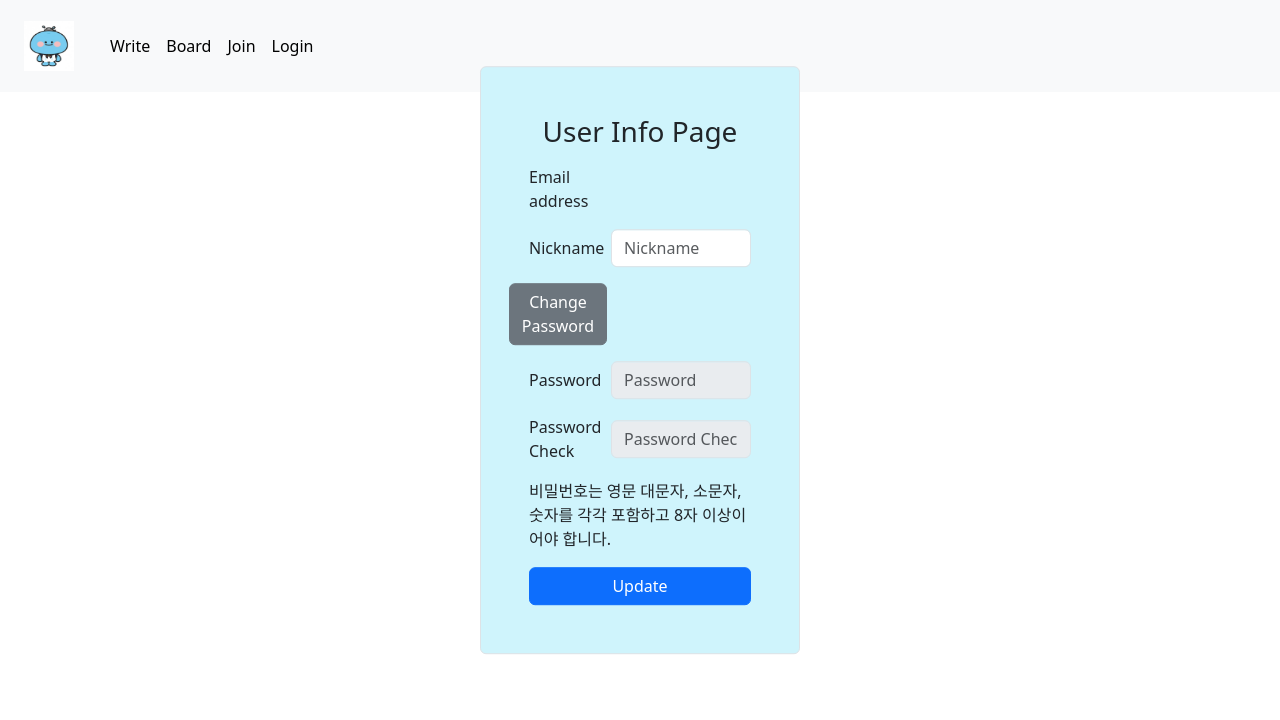
Repository: LeeYouHyeon/6.Spring
Page: http://localhost/spring_project/WEB-INF/views/user/info.jsp
The author's editor kept a copy of each file at every save. The page is drawn from the files as they stood at one save, then again after the next save.
The browser window is 1280 px wide. The pictures show the whole page.
The page is served by Tomcat 9. Nobody is signed in. Other server files are loaded and not shown. The template is opened directly, without the code that normally fills it, so the values that code supplies are empty.

Above is the page before, as saved 2025-06-11 05:05:13.
Console error: TypeError: Cannot read properties of null (reading 'addEventListener')

### spring_project/src/main/webapp/WEB-INF/views/user/info.jsp
<%@ page language="java" contentType="text/html; charset=UTF-8" pageEncoding="UTF-8"%>
<%@ include file="../layout/header.jsp"%>

<div class="w-25 position-absolute top-50 start-50 translate-middle p-5 border rounded bg-info-subtle">
	<sec:authentication property="principal" var="pri" />
	<form action="/user/update" method="post" id="updateForm">
		<h3 class="text-center mb-3">User Info Page</h3>
		<div class="mb-3 row align-items-center">
			<div class="col-4">Email address</div>
			<div class="col-8">
				<input type="hidden"
					class="form-control"
					id="email"
					name="email"
					placeholder="name@example.com"
					value="${pri.uvo.email}">
				${pri.uvo.email}
			</div>
		</div>

		<div class="mb-3 row align-items-center">
			<div class="col-4">Nickname</div>
			<div class="col-8">
				<input type="text"
					class="form-control"
					id="nickName"
					name="nickName"
					placeholder="Nickname"
					value="${pri.uvo.nickName}">
			</div>
		</div>

		<div class="mb-3 row justify-content-center align-items-center">
			<div class="col-4 d-flex justify-content-center">
				<button type="button"
					id="pwdChangeBtn"
					class="btn btn-secondary">Change Password</button>
			</div>
			<div class="col-8" id="pwdCheckArea"></div>
		</div>

		<div class="mb-3 row align-items-center">
			<div class="col-4">Password</div>
			<div class="col-8">
				<input type="password"
					class="form-control"
					id="pwd"
					name="pwd"
					placeholder="Password"
					disabled>
			</div>
		</div>

		<div class="mb-3 row align-items-center">
			<div class="col-4" id="pwdCheckArea">Password Check</div>
			<div class="col-8">
				<input type="password"
					class="form-control"
					id="pwdCheck"
					placeholder="Password Check"
					disabled>
			</div>
		</div>

		<div class="mb-3">비밀번호는 영문 대문자, 소문자, 숫자를 각각 포함하고 8자 이상이어야 합니다.</div>

		<button type="button" class="btn btn-primary w-100" id="updateBtn">Update</button>
	</form>

	<script type="text/javascript" src="/resources/js/userInfo.js"></script>
</div>
<%@ include file="../layout/footer.jsp"%>

### spring_project/src/main/webapp/WEB-INF/views/layout/header.jsp
<%@ page language="java" contentType="text/html; charset=UTF-8" pageEncoding="UTF-8"%>
<%@ taglib uri="http://java.sun.com/jsp/jstl/core" prefix="c" %>
<%@ taglib uri="http://www.springframework.org/security/tags" prefix="sec" %>
<!DOCTYPE html>
<html>
<head>
<meta charset="UTF-8">
<title>Spring Project</title>
<link rel="stylesheet" href="/resources/dist/css/bootstrap.min.css">
<script type="text/javascript" src="/resources/dist/js/bootstrap.bundle.min.js"></script>
</head>
<body>
	<nav class="navbar navbar-expand-lg bg-body-tertiary">
		<div class="container-fluid">
			<nav class="navbar bg-body-tertiary">
				<div class="container">
					<a class="navbar-brand" href="/">
						<img src="/resources/image/logo.jpg" alt="Bootstrap" width="50" height="50">
					</a>
				</div>
			</nav>
			<button class="navbar-toggler"
				type="button"
				data-bs-toggle="collapse"
				data-bs-target="#navbarSupportedContent"
				aria-controls="navbarSupportedContent"
				aria-expanded="false"
				aria-label="Toggle navigation">
				<span class="navbar-toggler-icon"></span>
			</button>
			<div class="collapse navbar-collapse" id="navbarSupportedContent">
				<ul class="navbar-nav me-auto mb-2 mb-lg-0">
					<li class="nav-item">
						<a class="nav-link active" aria-current="page" href="/board/register">Write</a>
					</li>
					<li class="nav-item">
						<a class="nav-link active" aria-current="page" href="/board/list">Board</a>
					</li>
					<sec:authorize access="isAnonymous()">
						<li class="nav-item">
							<a class="nav-link active" aria-current="page" href="/user/register">Join</a>
						</li>
						<li class="nav-item">
							<a class="nav-link active" aria-current="page" href="/user/login">Login</a>
						</li>
					</sec:authorize>
					<sec:authorize access="isAuthenticated()">
						<!-- 인증객체가 만들어진 상태(로그인) -->
						<!-- 인증 객체를 가져오기 => 현재 로그인 정보 : property="principal" -->
						<sec:authentication property="principal" var="pri"/>
						<li class="nav-item">
							<form action="/user/logout" method="post" id="logoutForm">
								<a class="nav-link active" aria-current="page" id="logoutLink">Logout</a>
							</form>
						</li>
						<li class="nav-item">
							<a class="nav-link active" aria-current="page" href="/user/info">UserInfo</a>
						</li>
						<c:if test="${pri.uvo.authList.stream().anyMatch(a -> a.auth.equals('ROLE_ADMIN')).get()}">
						<li class="nav-item">
							<a class="nav-link active" aria-current="page" href="/user/list">UserList</a>
						</li>
						</c:if>
					</sec:authorize>
				</ul>
			</div>
		</div>
	</nav>

	<script type="text/javascript">
		document.getElementById('logoutLink').addEventListener('click', e => {
			  e.preventDefault();
			  document.getElementById('logoutForm').submit();
		});
	</script>

### spring_project/src/main/webapp/WEB-INF/views/layout/footer.jsp
<%@ page language="java" contentType="text/html; charset=UTF-8"
	pageEncoding="UTF-8"%>

<div class="text-center">2025 Spring Project... by 이유현</div>
</body>
</html>

### spring_project/src/main/webapp/resources/js/userInfo.js
/**
 *
 */

const email = document.getElementById('email').value;
const [nickName, pwdChangeBtn, pwd, pwdCheck, pwdCheckArea, updateBtn, leaveBtn] = ["nickName", "pwdChangeBtn", "pwd", "pwdCheck", "pwdCheckArea",  "updateBtn", "leaveBtn"].map(e => document.getElementById(e));

let changePwd = false;
let newPwdResult = undefined;
pwdChangeBtn.addEventListener('click', () => {
  changePwd = !changePwd;

  if (changePwd) {
    pwd.disabled = false;
    pwdCheck.disabled = false;
    passCheck();
  } else {
    pwd.disabled = true;
    pwdCheck.disabled = true;
    pwdCheckArea.innerText = '';
    newPwdResult = undefined;
  }
});

pwd.onchange = passCheck;
pwdCheck.onchange = passCheck;

function passCheck() {
  const [pwdValue, pwdCheckValue] = [pwd, pwdCheck].map(e => e.value);

  if (pwdValue == '' && pwdCheckValue == '') {
    pwdCheckArea.innerText = 'Enter new password.';
    pwdCheckArea.style.color = 'black';
    return;
  }

  if (pwdValue.length < 8 || !/[a-z]/.test(pwdValue) || !/[A-Z]/.test(pwdValue) || !/[0-9]/.test(pwdValue)) {
    newPwdResult = false;
    pwdCheckArea.innerText = 'Invalid Password';
  } else if (pwdValue != pwdCheckValue) {
    newPwdResult = false;
    pwdCheckArea.innerText = 'Password Match Failed';
  } else {
    newPwdResult = true;
    pwdCheckArea.innerText = 'Valid Password';
  }

  pwdCheckArea.style.color = newPwdResult ? 'green' : 'red';
}

updateBtn.addEventListener('click', () => {
  if (nickName.value == '') nickName.focus();
  else if (changePwd && (newPwdResult != true)) pwd.focus();
  else document.getElementById('updateForm').submit();
});

leaveBtn.onclick = () => {
  if (confirm('정말로 탈퇴하시겠습니까?')) location.href = "/user/remove";
};

Loaded but not shown: spring_project/src/main/webapp/resources/dist/css/bootstrap.min.css (library); spring_project/src/main/webapp/resources/dist/js/bootstrap.bundle.min.js (library)

After the next save:
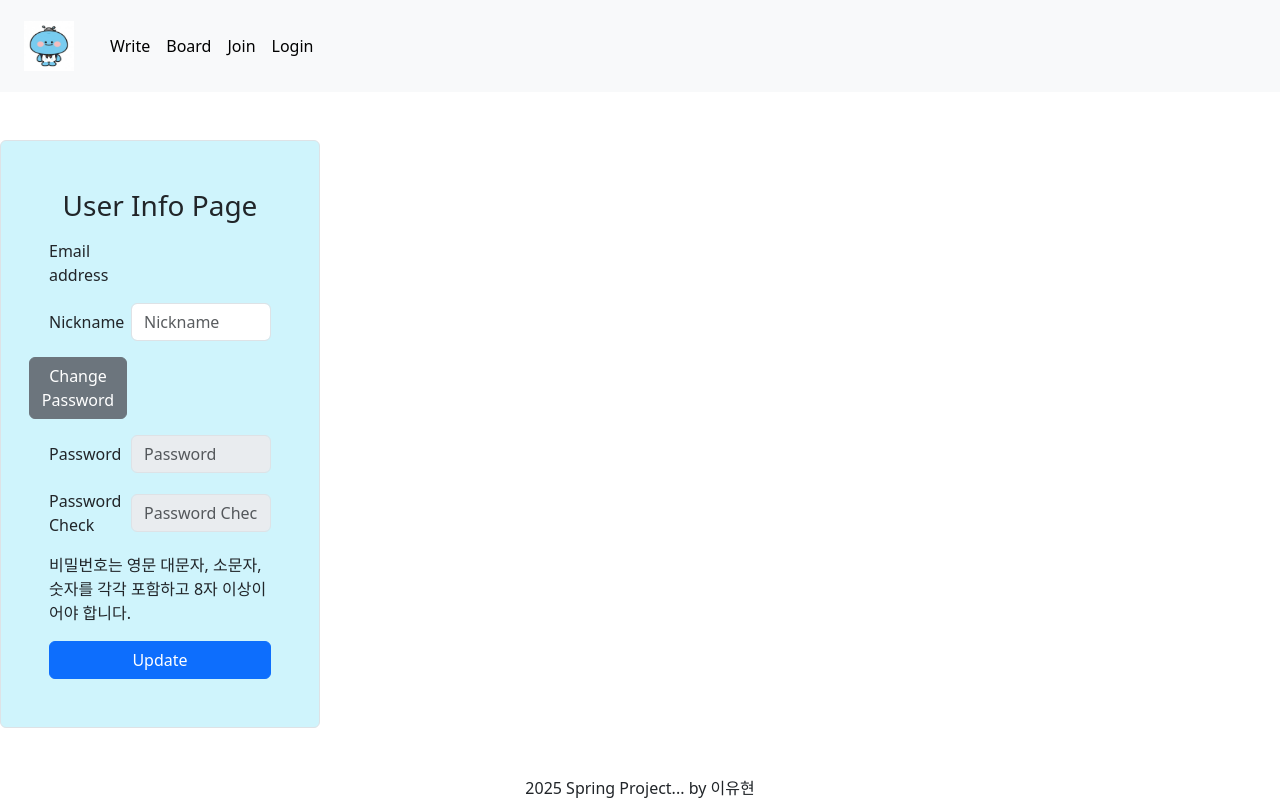
Saved 32 min 50 s later.
--- a/spring_project/src/main/webapp/WEB-INF/views/user/info.jsp
+++ b/spring_project/src/main/webapp/WEB-INF/views/user/info.jsp
@@ -1,7 +1,7 @@
 <%@ page language="java" contentType="text/html; charset=UTF-8" pageEncoding="UTF-8"%>
 <%@ include file="../layout/header.jsp"%>
 
-<div class="w-25 position-absolute top-50 start-50 translate-middle p-5 border rounded bg-info-subtle">
+<div class="w-25 p-5 my-5 border rounded bg-info-subtle">
 	<sec:authentication property="principal" var="pri" />
 	<form action="/user/update" method="post" id="updateForm">
 		<h3 class="text-center mb-3">User Info Page</h3>
